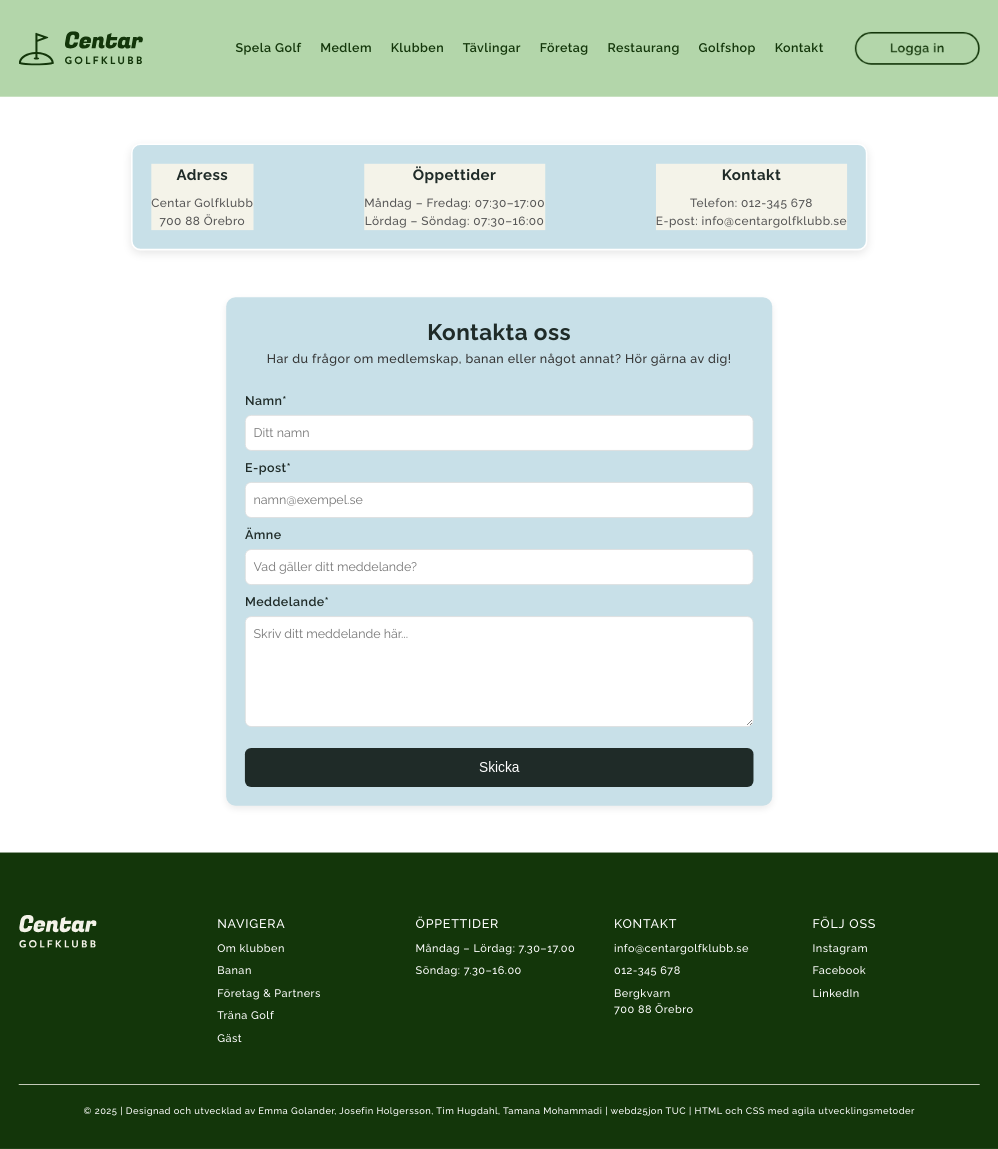
Repository: Tamana831/GolfklubbCentar
Page: kontakt.html
These files come from the project's save history. The page is drawn as it stood at one moment and after the next save; the edit follows.
The browser window is 1280 px wide. The pictures show the whole page, at 78% of full size.

Above is the page before, as saved 2025-10-22 10:53:54.

### kontakt.html
<!DOCTYPE html>
<html lang="sv">
  <head>
    <meta charset="UTF-8" />
    <meta name="viewport" content="width=device-width, initial-scale=1.0" />
    <title>Kontakta oss</title>

    <!-- Grundstilar -->
    <link rel="stylesheet" href="styles/variables.css" />
    <link rel="stylesheet" href="styles/base.css" />
    <link rel="stylesheet" href="styles/kontakt.css"/>


   </head>

  <body>
    <!-- HEADER -->
    <header class="bg-green-mid header-start">
      <nav class="container main-nav-wrapper">
        <a href="index.html">
          <img src="images/centar_logotype_primary_dark.svg" alt="Centar logotype" class="logotype" />
        </a>

        <input type="checkbox" id="menu-toggle" />
        <label for="menu-toggle" class="menu-button-container">
          <span class="menu-button"></span>
        </label>

        <div class="menu-wrapper">
          <ul>
            <li><a href="spelagolf.html">Spela Golf</a></li>
            <li><a href="#">Medlem</a></li>
            <li><a href="#">Klubben</a></li>
            <li><a href="#">Tävlingar</a></li>
            <li><a href="#">Företag</a></li>
            <li><a href="#">Restaurang</a></li>
            <li><a href="#">Golfshop</a></li>
            <li><a href="kontakt.html" class="active">Kontakt</a></li>
          </ul>
          <a href="#" class="button btn-primary-outline">Logga in</a>
        </div>
      </nav>
    </header>

    <!-- KONTAKT-BOXAR -->
    <section class="contact-wrapper">
      <div class="contact-card">
        <h2>Adress</h2>
        <p>Centar Golfklubb<br />700 88 Örebro</p>
      </div>

      <div class="contact-card">
        <h2>Öppettider</h2>
        <p>Måndag – Fredag: 07:30–17:00<br />Lördag – Söndag: 07:30–16:00</p>
      </div>

      <div class="contact-card">
        <h2>Kontakt</h2>
        <p>Telefon: 012-345 678<br />E-post: info@centargolfklubb.se</p>
      </div>
    </section>

    <!-- FORMULÄR -->
    <section class="contact-container">
      <header class="contact-header">
        <h1>Kontakta oss</h1>
        <p>Har du frågor om medlemskap, banan eller något annat? Hör gärna av dig!</p>
      </header>

      <form class="contact-form">
        <label for="name">Namn*</label>
        <input type="text" id="name" required placeholder="Ditt namn" />

        <label for="email">E-post*</label>
        <input type="email" id="email" required placeholder="namn@exempel.se" />

        <label for="subject">Ämne</label>
        <input type="text" id="subject" placeholder="Vad gäller ditt meddelande?" />

        <label for="message">Meddelande*</label>
        <textarea id="message" rows="5" required placeholder="Skriv ditt meddelande här..."></textarea>

        <button type="submit">Skicka</button>
      </form>
    </section>

    <!-- FOOTER -->
    <footer class="bg-green-dark">
      <div class="container text-white footer-wrapper">
        <nav class="foot-nav-wrapper body-sm">
          <div class="foot-nav-item foot-logo-wrapper">
            <a href="index.html">
              <img src="images/centar_logo_wordmark_neg.svg" alt="Centar logotype negative" class="logo-wordmark" />
            </a>
          </div>

          <section class="foot-nav-item">
            <h5 class="overline">Navigera</h5>
            <ul>
              <li><a href="#">Om klubben</a></li>
              <li><a href="#">Banan</a></li>
              <li><a href="#">Företag & Partners</a></li>
              <li><a href="#">Träna Golf</a></li>
              <li><a href="#">Gäst</a></li>
            </ul>
          </section>

          <section class="foot-nav-item">
            <h5 class="overline">Öppettider</h5>
            <p>Måndag – Lördag: 7.30–17.00</p>
            <p>Söndag: 7.30–16.00</p>
          </section>

          <section class="foot-nav-item">
            <h5 class="overline">Kontakt</h5>
            <a href="mailto:info@centargolfklubb.se">info@centargolfklubb.se</a>
            <a href="tel:+46123456789">012-345 678</a>
            <address>Bergkvarn<br />700 88 Örebro</address>
          </section>

          <section class="foot-nav-item">
            <h5 class="overline">Följ oss</h5>
            <ul>
              <li><a href="#">Instagram</a></li>
              <li><a href="#">Facebook</a></li>
              <li><a href="#">LinkedIn</a></li>
            </ul>
          </section>
        </nav>

        <div class="byline-wrapper text-center">
          <p>
            &copy; 2025 | Designad och utvecklad av Emma Golander, Josefin
            Holgersson, Tim Hugdahl, Tamana Mohammadi | webd25jon TUC |
            HTML och CSS med agila utvecklingsmetoder
          </p>
        </div>
      </div>
    </footer>
  </body>
</html>

### styles/variables.css
/* Variabler. I och med att vi lägger det i root så går de att nå i alla css-filer.*/
:root {
  /* FÄRGER */
  --color-green-dark: #13360a;
  --color-green-mid: #b3d6aa;
  --color-green-light: #ecf6e9;
  --color-green-accent: #14bf71;

  --color-blue-mid: #c8e0e8;
  --color-blue-light: #e4f0f4;
  --color-beige-light: #f4f3e9;

  --color-text-black: #262626;
  --color-text-grey: #3d3d3d;
  --color-text-white: #ffffff;

  /* SPACING */
  --space-xxs: 0.5rem; /* 8px, minsta avstånd, typ ikoner, små knappar*/
  --space-xs: 1rem; /* 16px, litet avstånd, tex mellan text och knapp  */
  --space-sm: 1.5rem; /* 24px, lite större, ofta mellan rubrik och text */
  --space-md: 2.5rem; /* 40px, ännu lite större, ofta mellan större rubrik och text */
  --space-lg: 3.5rem; /* 56px */
  --space-xl: 5rem; /* 80px, större block, typ mellan sektioner*/
  --space-xxl: 7.5rem; /* 120px, stort avstånd mellan sektioner */
}

### styles/kontakt.css
/* --- KONTAKT-SEKTION --- */
.contact-wrapper {
  display: flex;
  justify-content: space-between;
  align-items: stretch; /*  alla boxar lika höga */
  gap: 24px;
  max-width: 944px;
  margin: 60px auto;
  border: 2px solid #fff;
  border-radius: 12px;
  background: #C8E0E8; /* bakgrundsfärg för hela kontaktboxen */
  box-shadow: 0 4px 12px rgba(0, 0, 0, 0.1);
  padding: 24px;
  flex-wrap: nowrap; /* boxarna ligger bredvid varandra */
}

.contact-card {
  text-align: center;
  background: #F4F3E9; /* färg för varje liten box */
}

.contact-card:hover {
  transform: translateY(-3px);
}

.contact-card h2 {
  font-size: 1.2rem;
  margin-bottom: 10px;
  color: #1f2b28;
}

.contact-card p {
  font-size: 0.95rem;
  color: #555;
  line-height: 1.5;
}

/*--- FORMULÄR ---*/
.contact-container {
  max-width: 700px;
  margin: 60px auto;
  padding: 24px;
  background: #C8E0E8; /* samma bakgrundsfärg som huvudboxen */
  border-radius: 12px;
  box-shadow: 0 4px 10px rgba(0, 0, 0, 0.08);
}

.contact-header {
  text-align: center;
  margin-bottom: 30px;
}

.contact-header h1 {
  font-size: 1.8rem;
  color: #1f2b28;
}

.contact-header p {
  color: #333;
  font-size: 1rem;
}

.contact-form label {
  display: block;
  margin-top: 10px;
  font-weight: 600;
  color: #1f2b28;
}

.contact-form input,
.contact-form textarea {
  width: 100%;
  padding: 10px;
  margin-top: 6px;
  border: 1px solid #ddd;
  border-radius: 8px;
  font-size: 1rem;
  font-family: inherit;
  background: #fff;
}

.contact-form button {
  margin-top: 20px;
  width: 100%;
  padding: 12px;
  background: #1f2b28;
  color: white;
  border: none;
  border-radius: 8px;
  cursor: pointer;
  font-size: 1.1rem;
  transition: background 0.2s ease;
}

.contact-form button:hover {
  background: #3a4a46;
}

/* --- Responsiv design --- */
@media (max-width: 768px) {
  .contact-wrapper {
    flex-direction: column; /* staplar boxarna på mobil */
    padding: 20px;
  }

  .contact-card {
    width: 100%;
    min-height: auto; /* höjd anpassas på mobil */
  }

  .contact-container {
    margin: 30px 16px;
    padding: 20px;
  }
}

Loaded but not shown: styles/base.css (424 lines, source omitted)

After the next save:
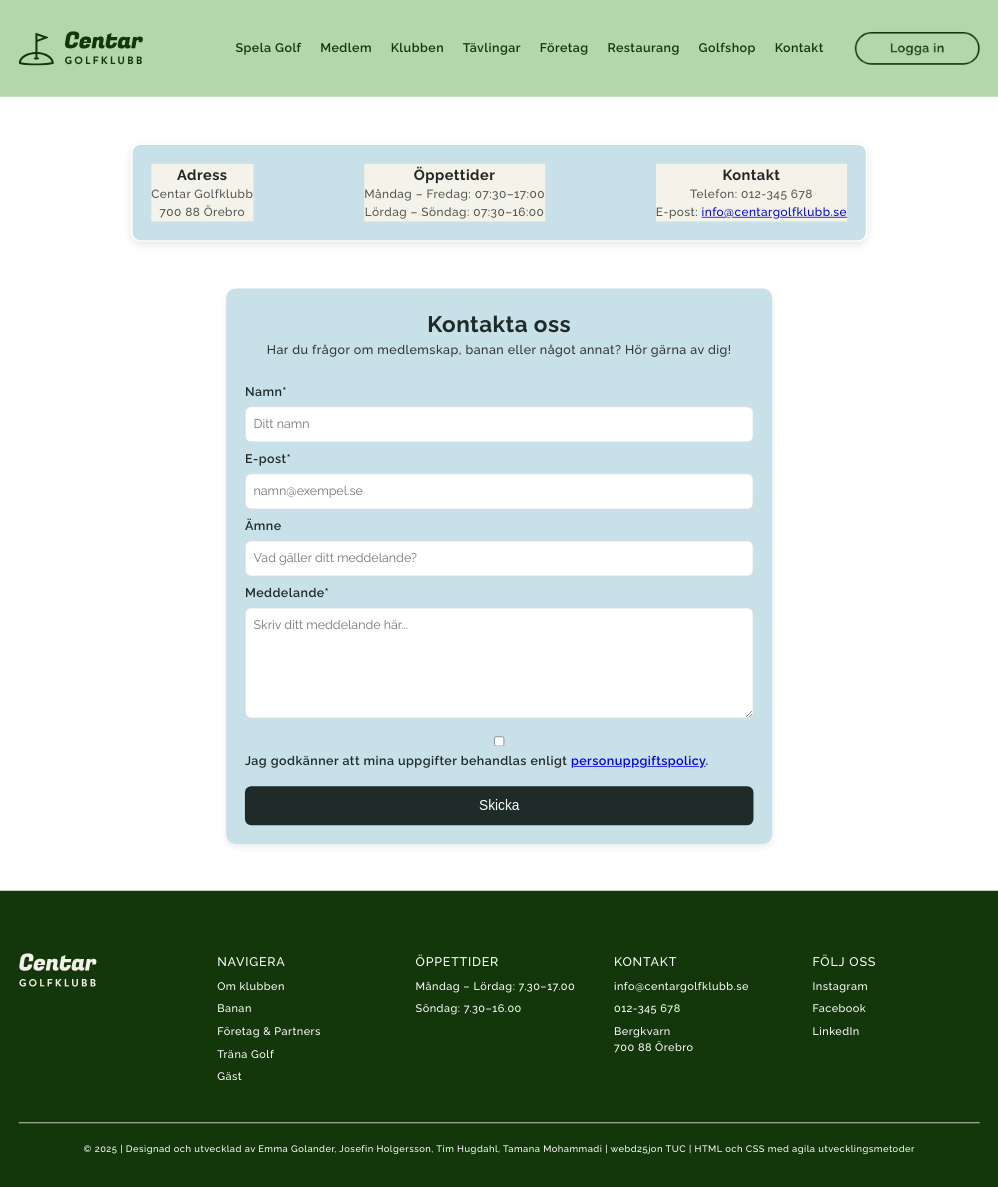
Saved 53 s later.
--- a/kontakt.html
+++ b/kontakt.html
@@ -3,30 +3,29 @@
   <head>
     <meta charset="UTF-8" />
     <meta name="viewport" content="width=device-width, initial-scale=1.0" />
+    <meta name="description" content="Kontakta Centar Golfklubb – öppettider, adress och kontaktuppgifter." />
     <title>Kontakta oss</title>
 
     <!-- Grundstilar -->
     <link rel="stylesheet" href="styles/variables.css" />
     <link rel="stylesheet" href="styles/base.css" />
-    <link rel="stylesheet" href="styles/kontakt.css"/>
-
-
-   </head>
+    <link rel="stylesheet" href="styles/kontakt.css" />
+  </head>
 
   <body>
     <!-- HEADER -->
-    <header class="bg-green-mid header-start">
-      <nav class="container main-nav-wrapper">
+    <header class="bg-green-mid header-start" role="banner">
+      <nav class="container main-nav-wrapper" role="navigation" aria-label="Huvudnavigering">
         <a href="index.html">
           <img src="images/centar_logotype_primary_dark.svg" alt="Centar logotype" class="logotype" />
         </a>
 
-        <input type="checkbox" id="menu-toggle" />
+        <input type="checkbox" id="menu-toggle" aria-controls="menu" aria-label="Visa meny" />
         <label for="menu-toggle" class="menu-button-container">
           <span class="menu-button"></span>
         </label>
 
-        <div class="menu-wrapper">
+        <div class="menu-wrapper" id="menu">
           <ul>
             <li><a href="spelagolf.html">Spela Golf</a></li>
             <li><a href="#">Medlem</a></li>
@@ -42,52 +41,70 @@
       </nav>
     </header>
 
-    <!-- KONTAKT-BOXAR -->
-    <section class="contact-wrapper">
-      <div class="contact-card">
-        <h2>Adress</h2>
-        <p>Centar Golfklubb<br />700 88 Örebro</p>
-      </div>
+    <!-- HELA KONTAKTSEKTIONEN MED BAKGRUND -->
+    <section class="contact-section" aria-labelledby="kontakt-h1">
+      <div class="container">
 
-      <div class="contact-card">
-        <h2>Öppettider</h2>
-        <p>Måndag – Fredag: 07:30–17:00<br />Lördag – Söndag: 07:30–16:00</p>
-      </div>
+        <!-- KONTAKT-BOXAR -->
+        <div class="contact-wrapper" aria-labelledby="kontakt-info-heading">
+          <div class="contact-card" role="region" aria-labelledby="adress-heading">
+            <h3 id="adress-heading">Adress</h3>
+            <p>Centar Golfklubb<br />700 88 Örebro</p>
+          </div>
 
-      <div class="contact-card">
-        <h2>Kontakt</h2>
-        <p>Telefon: 012-345 678<br />E-post: info@centargolfklubb.se</p>
+          <div class="contact-card" role="region" aria-labelledby="oppettider-heading">
+            <h3 id="oppettider-heading">Öppettider</h3>
+            <p>Måndag – Fredag: 07:30–17:00<br />Lördag – Söndag: 07:30–16:00</p>
+          </div>
+
+          <div class="contact-card" role="region" aria-labelledby="kontakt-heading">
+            <h3 id="kontakt-heading">Kontakt</h3>
+            <p>Telefon: 012-345 678<br />E-post: <a href="mailto:info@centargolfklubb.se">info@centargolfklubb.se</a></p>
+          </div>
+        </div>
+
+        <!-- FORMULÄR -->
+        <div class="contact-container" role="region" aria-labelledby="kontakt-h1">
+          <header class="contact-header">
+            <h1 id="kontakt-h1">Kontakta oss</h1>
+            <p>Har du frågor om medlemskap, banan eller något annat? Hör gärna av dig!</p>
+          </header>
+
+          <form class="contact-form" action="#" method="post" novalidate>
+            <label for="name">Namn*</label>
+            <input type="text" id="name" name="name" required placeholder="Ditt namn" />
+
+            <label for="email">E-post*</label>
+            <input type="email" id="email" name="email" required placeholder="namn@exempel.se" />
+
+            <label for="subject">Ämne</label>
+            <input type="text" id="subject" name="subject" placeholder="Vad gäller ditt meddelande?" />
+
+            <label for="message">Meddelande*</label>
+            <textarea id="message" name="message" rows="5" required placeholder="Skriv ditt meddelande här..."></textarea>
+
+            <!-- GDPR / samtycke -->
+            <label class="gdpr-label" for="consent">
+              <input type="checkbox" id="consent" name="consent" required />
+              Jag godkänner att mina uppgifter behandlas enligt
+              <a href="#" target="_blank" rel="noopener noreferrer">personuppgiftspolicy</a>.
+            </label>
+
+            <!-- Valfritt: ett litet felmeddelande-element (kan visas via JS/CSS vid behov) -->
+            <p class="form-error" aria-live="polite" style="display:none; color:#c0392b; margin-top:8px;">
+              Du måste godkänna personuppgiftspolicyn för att skicka formuläret.
+            </p>
+
+            <button type="submit">Skicka</button>
+          </form>
+        </div>
       </div>
     </section>
 
-    <!-- FORMULÄR -->
-    <section class="contact-container">
-      <header class="contact-header">
-        <h1>Kontakta oss</h1>
-        <p>Har du frågor om medlemskap, banan eller något annat? Hör gärna av dig!</p>
-      </header>
-
-      <form class="contact-form">
-        <label for="name">Namn*</label>
-        <input type="text" id="name" required placeholder="Ditt namn" />
-
-        <label for="email">E-post*</label>
-        <input type="email" id="email" required placeholder="namn@exempel.se" />
-
-        <label for="subject">Ämne</label>
-        <input type="text" id="subject" placeholder="Vad gäller ditt meddelande?" />
-
-        <label for="message">Meddelande*</label>
-        <textarea id="message" rows="5" required placeholder="Skriv ditt meddelande här..."></textarea>
-
-        <button type="submit">Skicka</button>
-      </form>
-    </section>
-
     <!-- FOOTER -->
-    <footer class="bg-green-dark">
+    <footer class="bg-green-dark" role="contentinfo">
       <div class="container text-white footer-wrapper">
-        <nav class="foot-nav-wrapper body-sm">
+        <nav class="foot-nav-wrapper body-sm" aria-label="Sidfot navigation">
           <div class="foot-nav-item foot-logo-wrapper">
             <a href="index.html">
               <img src="images/centar_logo_wordmark_neg.svg" alt="Centar logotype negative" class="logo-wordmark" />
@@ -99,7 +116,7 @@
             <ul>
               <li><a href="#">Om klubben</a></li>
               <li><a href="#">Banan</a></li>
-              <li><a href="#">Företag & Partners</a></li>
+              <li><a href="#">Företag &amp; Partners</a></li>
               <li><a href="#">Träna Golf</a></li>
               <li><a href="#">Gäst</a></li>
             </ul>
